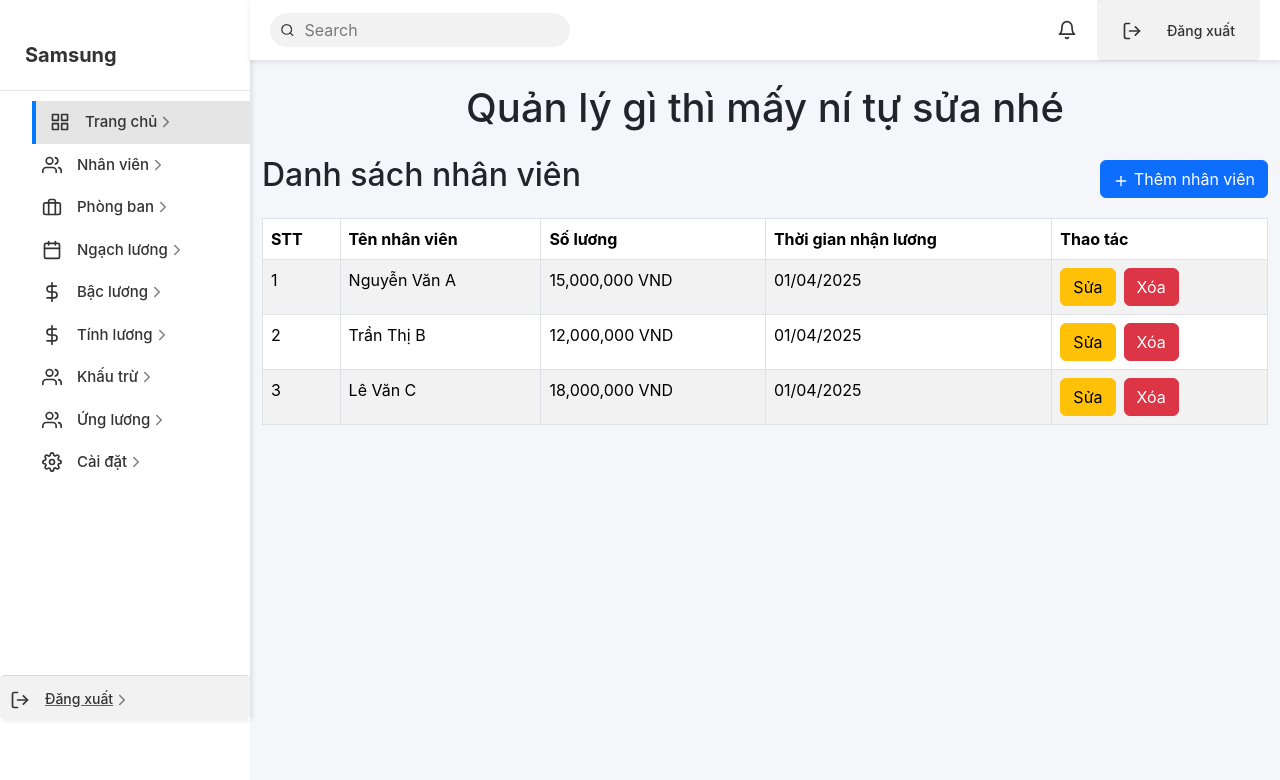
Repository: lenb2109136/HTTTQL
Page: /
An editor plug-in stored every save of this project. The page is shown before and after the next save, followed by the edit.
The browser window is 1280 px wide. The pictures show the whole page.
The project was rebuilt for these pictures with package versions that can differ from the ones it lists, and the page was loaded fresh each time.

Above is the page before, as saved 2025-03-28 13:11:05.

### src/index.js
import React from 'react';
import ReactDOM from 'react-dom/client';
import './index.css';
import App from './App';
import reportWebVitals from './reportWebVitals';
import 'bootstrap/dist/css/bootstrap.min.css'; // Import Bootstrap CSS
const root = ReactDOM.createRoot(document.getElementById('root'));
root.render(
  <React.StrictMode>
    <App />
  </React.StrictMode>
);

// If you want to start measuring performance in your app, pass a function
// to log results (for example: reportWebVitals(console.log))
// or send to an analytics endpoint. Learn more: https://bit.ly/CRA-vitals
reportWebVitals();

### src/App.js
// src/App.js
import React from 'react';
import { BrowserRouter as Router, Route, Routes } from 'react-router-dom';
import 'bootstrap/dist/css/bootstrap.min.css';
import './App.css';
import Header from './component/admin/Header-Admin';
import Sidebar from './component/admin/SideBar';
import Dashboard from './component/admin/Dashboard';

function App() {
  return (
    <Router>
      <div className="app">
        <Sidebar />
        <div className="main-content">
          <Header />
          <Routes>
            <Route path="/" element={<Dashboard />} />
          </Routes>
        </div>
      </div>
    </Router>
  );
}

export default App;

### src/App.css
/* src/App.css */
* {
  margin: 0;
  padding: 0;
  box-sizing: border-box;
  font-family: 'Inter', Arial, sans-serif;
}

.app {
  display: flex;
}

.main-content {
  flex: 1;
  margin-left: 250px;
  background-color: #f5f6fa;
  min-height: 100vh;
}

/* Page Content */
.page-content {
  padding: 20px;
}

### src/component/admin/Header-Admin.js
import React from 'react';
import { FiSearch, FiLogOut, FiBell } from 'react-icons/fi';
import './admin-style/Header-Admin.css'; // Adjusted import to match the provided file location

const Header = () => {
  return (
    <div className="header">
      {/* Thanh tìm kiếm */}
      <div className="search-bar">
        <FiSearch className="search-icon" />
        <input type="text" placeholder="Search" />
      </div>

      {/* Phần bên phải: Biểu tượng thông báo và nút đăng xuất */}
      <div className="header-right">
        <FiBell className="notification-icon" />
        <div className="logout-section">
          <FiLogOut className="logout-icon" />
          <span>Đăng xuất</span>
        </div>
      </div>
    </div>
  );
};

export default Header;

### src/component/admin/SideBar.js
import React from 'react';
import './admin-style/SideBar-Admin.css';
import { Link, useLocation } from 'react-router-dom';
import {
  FiGrid,
  FiUsers,
  FiBriefcase,
  FiCalendar,
  FiDollarSign,
  FiSettings,
  FiLogOut,
  FiChevronRight, // Dấu >
} from 'react-icons/fi';

const Sidebar = () => {
  const location = useLocation();

  return (
    <div className="sidebar">
      <div className="logo">
        <span className="logo-text">Samsung</span>
      </div>
      <ul>
        <li className={location.pathname === '/' ? 'active' : ''}>
          <Link to="/">
            <FiGrid className="menu-icon" />
            <span>Trang chủ</span>
            <FiChevronRight className="chevron-icon" />
          </Link>
        </li>
        <li className={location.pathname === '/employees' ? 'active' : ''}>
          <Link to="/employees">
            <FiUsers className="menu-icon" />
            <span>Nhân viên</span>
            <FiChevronRight className="chevron-icon" />
          </Link>
        </li>
        <li className={location.pathname === '/departments' ? 'active' : ''}>
          <Link to="/departments">
            <FiBriefcase className="menu-icon" />
            <span>Phòng ban</span>
            <FiChevronRight className="chevron-icon" />
          </Link>
        </li>
        <li className={location.pathname === '/salary-scale' ? 'active' : ''}>
          <Link to="/salary-scale">
            <FiCalendar className="menu-icon" />
            <span>Ngạch lương</span>
            <FiChevronRight className="chevron-icon" />
          </Link>
        </li>
        <li className={location.pathname === '/pay-grade' ? 'active' : ''}>
          <Link to="/pay-grade">
            <FiDollarSign className="menu-icon" />
            <span>Bậc lương</span>
            <FiChevronRight className="chevron-icon" />
          </Link>
        </li>
        <li
          className={
            location.pathname === '/salary-calculation' ? 'active' : ''
          }
        >
          <Link to="/salary-calculation">
            <FiDollarSign className="menu-icon" />
            <span>Tính lương</span>
            <FiChevronRight className="chevron-icon" />
          </Link>
        </li>
        <li className={location.pathname === '/deductions' ? 'active' : ''}>
          <Link to="/deductions">
            <FiUsers className="menu-icon" />
            <span>Khấu trừ</span>
            <FiChevronRight className="chevron-icon" />
          </Link>
        </li>
        <li className={location.pathname === '/salary-advance' ? 'active' : ''}>
          <Link to="/salary-advance">
            <FiUsers className="menu-icon" />
            <span>Ứng lương</span>
            <FiChevronRight className="chevron-icon" />
          </Link>
        </li>
        <li className={location.pathname === '/settings' ? 'active' : ''}>
          <Link to="/settings">
            <FiSettings className="menu-icon" />
            <span>Cài đặt</span>
            <FiChevronRight className="chevron-icon" />
          </Link>
        </li>
      </ul>
      <div className="logout-section">
        <Link to="/logout" className="logout-link">
          <FiLogOut className="logout-icon" />
          <span>Đăng xuất</span>
          <FiChevronRight className="chevron-icon" />
        </Link>
      </div>
    </div>
  );
};

export default Sidebar;

### src/component/admin/Dashboard.js
import React, { useState } from 'react';
import { Table, Button, Container, Row, Col } from 'react-bootstrap';
import { FiPlus } from 'react-icons/fi';

const EmployeesPage = () => {
  const [employees, setEmployees] = useState([
    {
      id: 1,
      name: 'Nguyễn Văn A',
      salary: '15,000,000 VND',
      payDate: '01/04/2025',
    },
    {
      id: 2,
      name: 'Trần Thị B',
      salary: '12,000,000 VND',
      payDate: '01/04/2025',
    },
    {
      id: 3,
      name: 'Lê Văn C',
      salary: '18,000,000 VND',
      payDate: '01/04/2025',
    },
  ]);

  const handleDelete = id => {
    setEmployees(employees.filter(emp => emp.id !== id));
  };

  return (
    <Container>
      <h1 className="text-center my-4">Quản lý gì thì mấy ní tự sửa nhé</h1>
      <Row className="mb-3 d-flex justify-content-between align-items-center">
        <Col>
          <h2>Danh sách nhân viên</h2>
        </Col>
        <Col className="text-end">
          <Button variant="primary">
            <FiPlus /> Thêm nhân viên
          </Button>
        </Col>
      </Row>
      <Table striped bordered hover>
        <thead>
          <tr>
            <th>STT</th>
            <th>Tên nhân viên</th>
            <th>Số lương</th>
            <th>Thời gian nhận lương</th>
            <th>Thao tác</th>
          </tr>
        </thead>
        <tbody>
          {employees.map((emp, index) => (
            <tr key={emp.id}>
              <td>{index + 1}</td>
              <td>{emp.name}</td>
              <td>{emp.salary}</td>
              <td>{emp.payDate}</td>
              <td>
                <Button variant="warning" className="me-2">
                  Sửa
                </Button>
                <Button variant="danger" onClick={() => handleDelete(emp.id)}>
                  Xóa
                </Button>
              </td>
            </tr>
          ))}
        </tbody>
      </Table>
    </Container>
  );
};

export default EmployeesPage;

### src/component/admin/admin-style/Header-Admin.css
/* src/components/Header.css */
.header {
  width: calc(100% - 250px); /* Adjust for sidebar width */
  height: 60px;
  background: #fff; /* White background */
  position: fixed;
  top: 0;
  left: 250px; /* Offset for sidebar */
  display: flex;
  justify-content: space-between;
  align-items: center;
  padding: 0 20px;
  box-shadow: 0 2px 5px rgba(0, 0, 0, 0.1); /* Subtle shadow */
}

/* Thanh tìm kiếm */
.search-bar {
  display: flex;
  align-items: center;
  background-color: rgba(0, 0, 0, 0.05); /* Light gray background */
  border-radius: 20px;
  padding: 5px 10px;
  width: 300px;
}

.search-bar input {
  border: none;
  background: none;
  outline: none;
  margin-left: 10px;
  width: 100%;
  color: #333; /* Black text */
}

.search-bar input::placeholder {
  color: rgba(0, 0, 0, 0.5); /* Gray placeholder */
}

.search-icon {
  color: #333; /* Black icon */
}

/* Phần bên phải */
.header-right {
  display: flex;
  align-items: center;
  gap: 20px; /* Space between notification and logout */
}

.notification-icon {
  font-size: 20px;
  color: #333; /* Black icon */
  cursor: pointer;
}

.notification-icon:hover {
  color: #007bff; /* Blue on hover */
}

.logout-section {
  display: flex;
  align-items: center;
  gap: 10px;
  padding: 10px 15px;
  background-color: rgba(0, 0, 0, 0.05); /* Light gray background */
  border-radius: 5px;
  cursor: pointer;
  transition: background-color 0.3s ease;
}

.logout-section:hover {
  background-color: rgba(0, 0, 0, 0.1); /* Slightly darker on hover */
}

.logout-icon {
  font-size: 18px;
  color: #333; /* Black icon */
}

.logout-section span {
  font-size: 14px;
  font-weight: 500;
  color: #333; /* Black text */
}
.header {
  width: calc(100% - 250px);
  height: 60px;
  background: #fff;
  position: fixed;
  top: 0;
  left: 250px;
  display: flex;
  justify-content: space-between;
  align-items: center;
  padding: 0 20px;
  box-shadow: 0 2px 5px rgba(0, 0, 0, 0.1);
  z-index: 1000; /* Đảm bảo header hiển thị trên tất cả */
}

/* Đảm bảo phần nội dung bên dưới không bị đè lên */
.main-content {
  margin-top: 60px; /* Để khoảng trống phía trên, tránh header đè lên */
}

### src/component/admin/admin-style/SideBar-Admin.css
/* src/components/Sidebar.css */
.sidebar {
  width: 250px;
  height: 100vh;
  background: #fff; /* White background */
  color: #333; /* Dark text color */
  position: fixed;
  top: 0;
  left: 0;
  padding-top: 20px;
  display: flex;
  flex-direction: column;
  justify-content: space-between;
  box-shadow: 2px 0 5px rgba(0, 0, 0, 0.1); /* Subtle shadow for depth */
}

.sidebar .logo {
  display: flex;
  align-items: center;
  gap: 10px;
  padding: 20px 25px;
  border-bottom: 1px solid rgba(0, 0, 0, 0.1); /* Light border */
}

.sidebar .logo-icon {
  width: 40px;
  height: 40px;
  object-fit: contain; /* Ensure the logo scales properly */
}

.sidebar .logo span {
  font-size: 20px;
  font-weight: 700;
  color: #333;
}

.sidebar ul {
  list-style: none;
  margin-top: 10px;
  flex-grow: 1;
}

.sidebar ul li {
  padding: 12px 8px;
  display: flex;
  align-items: center;
  cursor: pointer;
  transition: background-color 0.3s ease, padding-left 0.3s ease;
  position: relative; /* For badge positioning */
}

.sidebar ul li:hover {
  background-color: rgba(0, 0, 0, 0.05); /* Light gray hover effect */
  padding-left: 15px;
}

.sidebar ul li.active {
  background-color: rgba(0, 0, 0, 0.1); /* Slightly darker for active state */
  border-left: 4px solid #007bff; /* Blue accent for active item */
  padding-left: 14px;
}

.sidebar ul li a {
  color: #333; /* Black text */
  text-decoration: none;
  display: flex;
  align-items: center;
  font-size: 15px;
  font-weight: 500;
  width: 100%; /* Ensure the link takes full width */
}

.sidebar ul li a .menu-icon {
  font-size: 20px; /* Slightly larger icons */
  color: #333; /* Black icons */
  margin-right: 15px; /* Increased spacing between icon and text */
  transition: color 0.3s ease; /* Smooth color transition on hover */
}

.sidebar ul li a:hover .menu-icon {
  color: #007bff; /* Blue on hover */
}

/* Notification Badge */
.sidebar ul li .badge {
  position: absolute;
  right: 25px;
  background-color: #ff4d4f; /* Red badge */
  color: #fff;
  font-size: 12px;
  font-weight: 600;
  width: 20px;
  height: 20px;
  border-radius: 50%;
  display: flex;
  align-items: center;
  justify-content: center;
}

/* Logout Section */
.logout-section {
  padding: 20px 25px;
  display: flex;
  align-items: center;
  gap: 10px;
  background-color: rgba(0, 0, 0, 0.05); /* Light gray background */
  border-top: 1px solid rgba(0, 0, 0, 0.1);
  cursor: pointer;
  transition: background-color 0.3s ease;
}

.logout-section:hover {
  background-color: rgba(0, 0, 0, 0.1);
}

.logout-icon {
  font-size: 20px; /* Match menu icon size */
  color: #333; /* Black icon */
  margin-right: 15px; /* Increased spacing between icon and text */
  transition: color 0.3s ease; /* Smooth color transition on hover */
}

.logout-section:hover .logout-icon {
  color: #007bff; /* Blue on hover */
}

.logout-section span {
  font-size: 14px;
  font-weight: 500;
  color: #333;
}
.sidebar ul li {
  display: flex;
  align-items: center;
  justify-content: space-between; /* Đẩy dấu > ra ngoài cùng */
  padding: 10px;
  transition: background 0.3s;
}

.sidebar ul li .chevron-icon {
  font-size: 18px;
  color: rgba(0, 0, 0, 0.5);
}

.sidebar ul li:hover .chevron-icon {
  color: #007bff; /* Màu xanh khi hover */
}

.sidebar .logout-section {
  display: flex;
  justify-content: space-between;
  align-items: center;
  padding: 10px;
}

.sidebar .logout-section .chevron-icon {
  font-size: 18px;
  color: rgba(0, 0, 0, 0.5);
}

Loaded but not shown: public/index.html (common file); src/index.css (common file); src/reportWebVitals.js (common file)

After the next save:
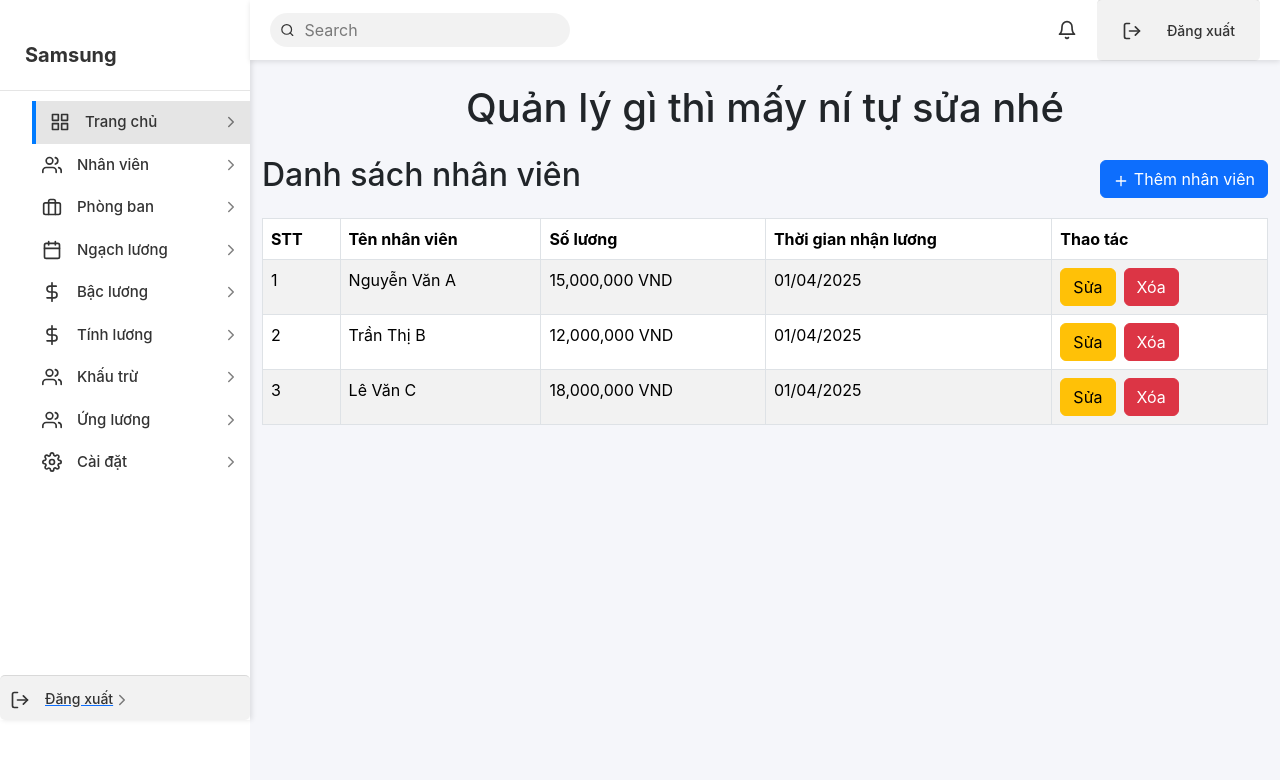
Saved 91 s later.
--- a/src/component/admin/admin-style/Header-Admin.css
+++ b/src/component/admin/admin-style/Header-Admin.css
@@ -101,3 +101,43 @@
 .main-content {
   margin-top: 60px; /* Để khoảng trống phía trên, tránh header đè lên */
 }
+.sidebar ul li {
+  display: flex;
+  align-items: center;
+  justify-content: space-between; /* Đẩy dấu > ra ngoài cùng */
+  padding: 10px;
+  transition: background 0.3s;
+}
+
+.sidebar ul li a {
+  display: flex;
+  align-items: center;
+  width: 100%;
+}
+
+.sidebar ul li .menu-icon {
+  margin-right: 10px; /* Tạo khoảng cách giữa icon và chữ */
+}
+
+.sidebar ul li .chevron-icon {
+  margin-left: auto; /* Đẩy dấu > sang phải xa chữ */
+  font-size: 18px;
+  color: rgba(0, 0, 0, 0.5);
+}
+
+.sidebar ul li:hover .chevron-icon {
+  color: #007bff; /* Màu xanh khi hover */
+}
+
+.sidebar .logout-section {
+  display: flex;
+  justify-content: space-between;
+  align-items: center;
+  padding: 10px;
+}
+
+.sidebar .logout-section .chevron-icon {
+  margin-left: auto;
+  font-size: 18px;
+  color: rgba(0, 0, 0, 0.5);
+}
